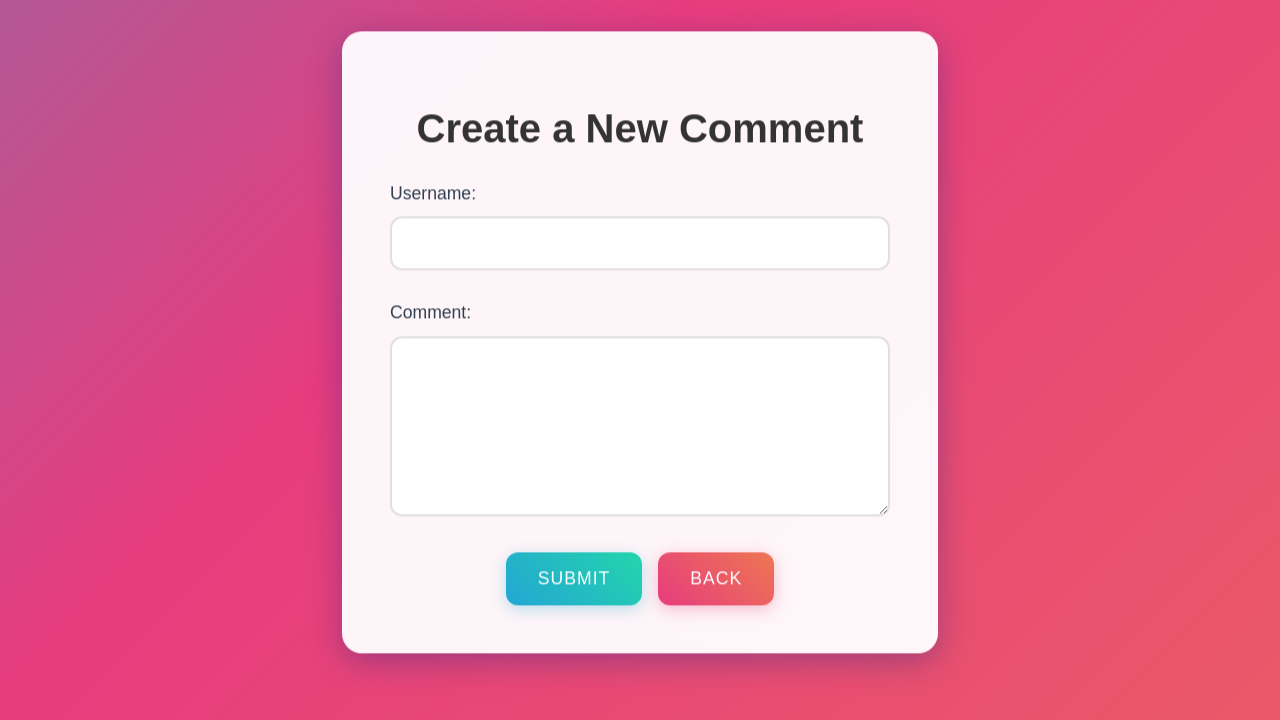
Repository: Reannn22/COMMENT-APP
Page: http://localhost/comments/create
These files come from the project's save history. The page is drawn as it stood at one moment and after the next save; the edit follows.
The browser window is 1280 px wide. The pictures show the whole page.
The page is served by the project's Node server (rest/index.js).

Above is the page before, as saved 2025-02-10 03:37:23.

After the next save:
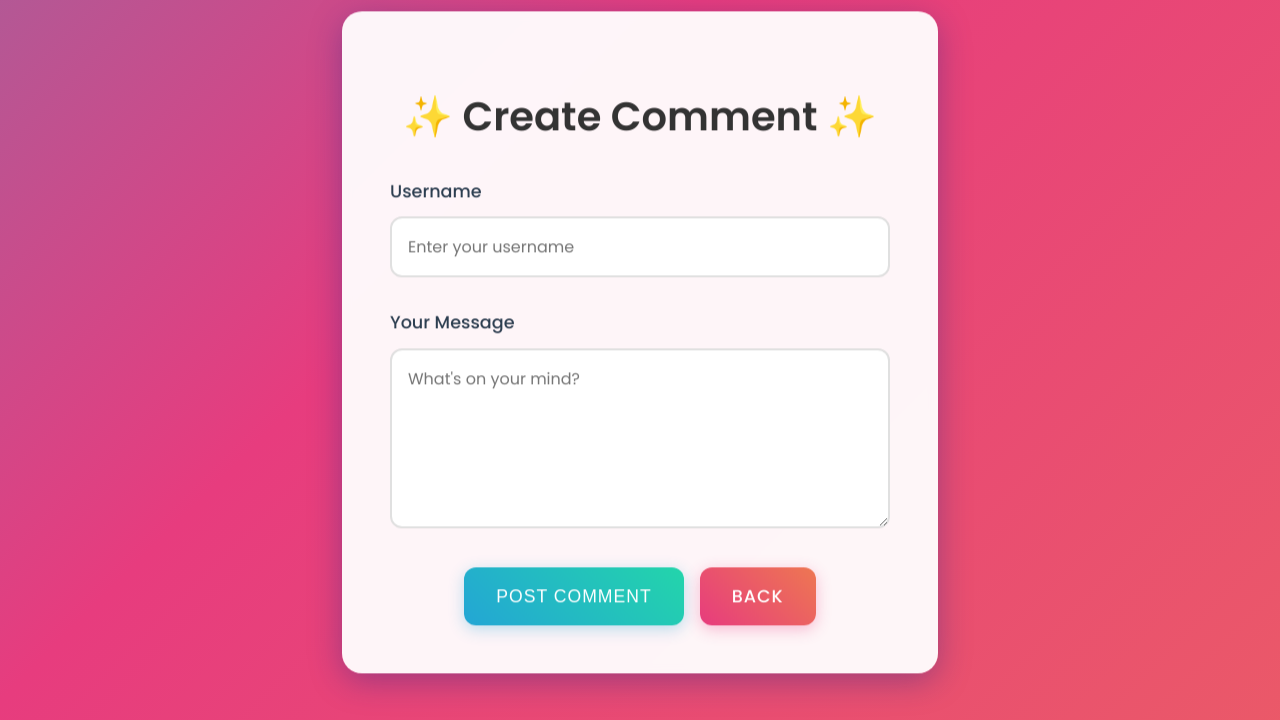
Saved 1 s later.
--- a/rest/views/comments/create.ejs
+++ b/rest/views/comments/create.ejs
@@ -4,24 +4,27 @@
     <meta charset="UTF-8">
     <meta name="viewport" content="width=device-width, initial-scale=1.0">
     <title>Create New Comment</title>
+    <link rel="preconnect" href="https://fonts.googleapis.com">
+    <link rel="preconnect" href="https://fonts.gstatic.com" crossorigin>
+    <link href="https://fonts.googleapis.com/css2?family=Poppins:wght@400;500;600&display=swap" rel="stylesheet">
     <link rel="stylesheet" href="/css/style.css">
 </head>
 <body>
     <div class="form-container">
-        <h1>Create a New Comment</h1>
+        <h1>✨ Create Comment ✨</h1>
         <form action="/comments" method="POST">
             <div class="form-group">
-                <label for="username">Username:</label>
-                <input type="text" id="username" name="username" required>
+                <label for="username">Username</label>
+                <input type="text" id="username" name="username" placeholder="Enter your username" required>
             </div>
 
             <div class="form-group">
-                <label for="text">Comment:</label>
-                <textarea id="text" name="text" required></textarea>
+                <label for="text">Your Message</label>
+                <textarea id="text" name="text" placeholder="What's on your mind?" required></textarea>
             </div>
 
             <div class="buttons">
-                <button type="submit" class="btn btn-primary">Submit</button>
+                <button type="submit" class="btn btn-primary">Post Comment</button>
                 <a href="/comments" class="btn btn-secondary">Back</a>
             </div>
         </form>
